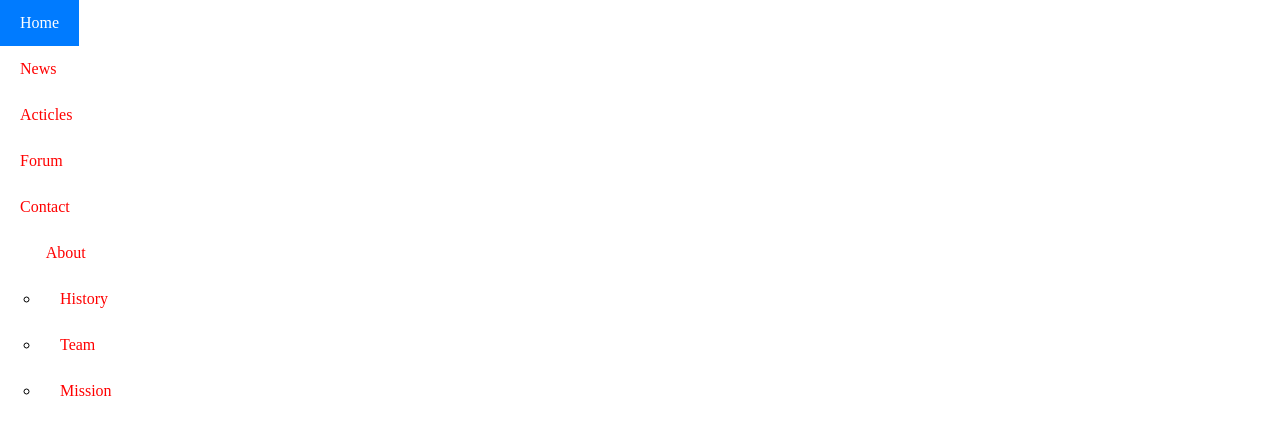
Repository: G1tHub-zer0/BTTH
Page: BTCSS/bai16+20.html
An editor plug-in stored every save of this project. The page is shown before and after the next save, followed by the edit.
The browser window is 1280 px wide. The pictures show the whole page.

Above is the page before, as saved 2024-03-22 19:44:17.

After the next save:
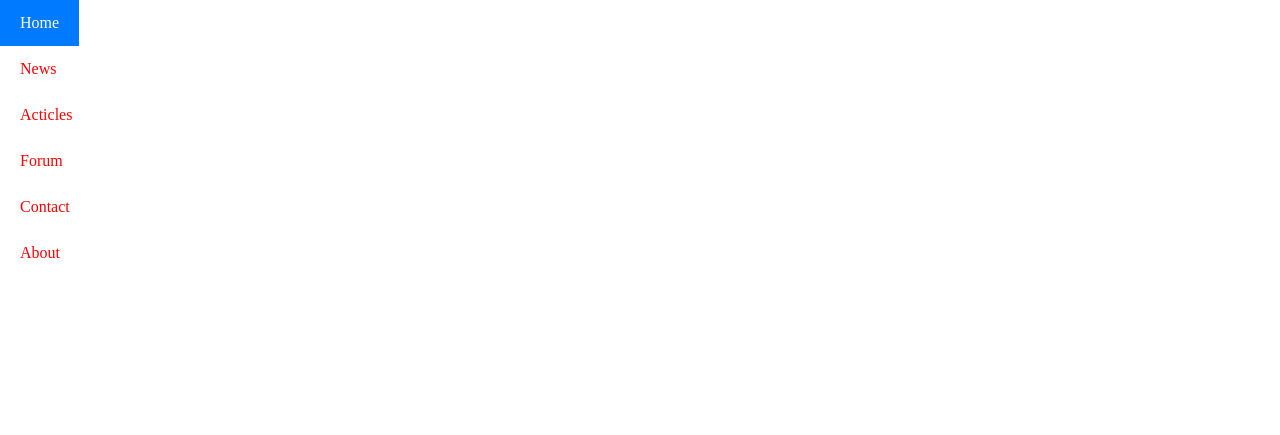
Saved 23 s later.
--- a/BTCSS/bai16+20.css
+++ b/BTCSS/bai16+20.css
@@ -25,3 +25,24 @@ body {
   background-color: #007bff;
   color: white;
 }
+.submenu {
+  display: none;
+  position: absolute;
+  background-color: #333;
+  min-width: 160px;
+}
+
+.menu li:hover .submenu {
+  display: block;
+}
+
+.submenu li {
+  float: none;
+}
+
+.submenu li a {
+  padding: 12px 16px;
+}
+.submenu li a:hover {
+  background-color: #ddd;
+}
